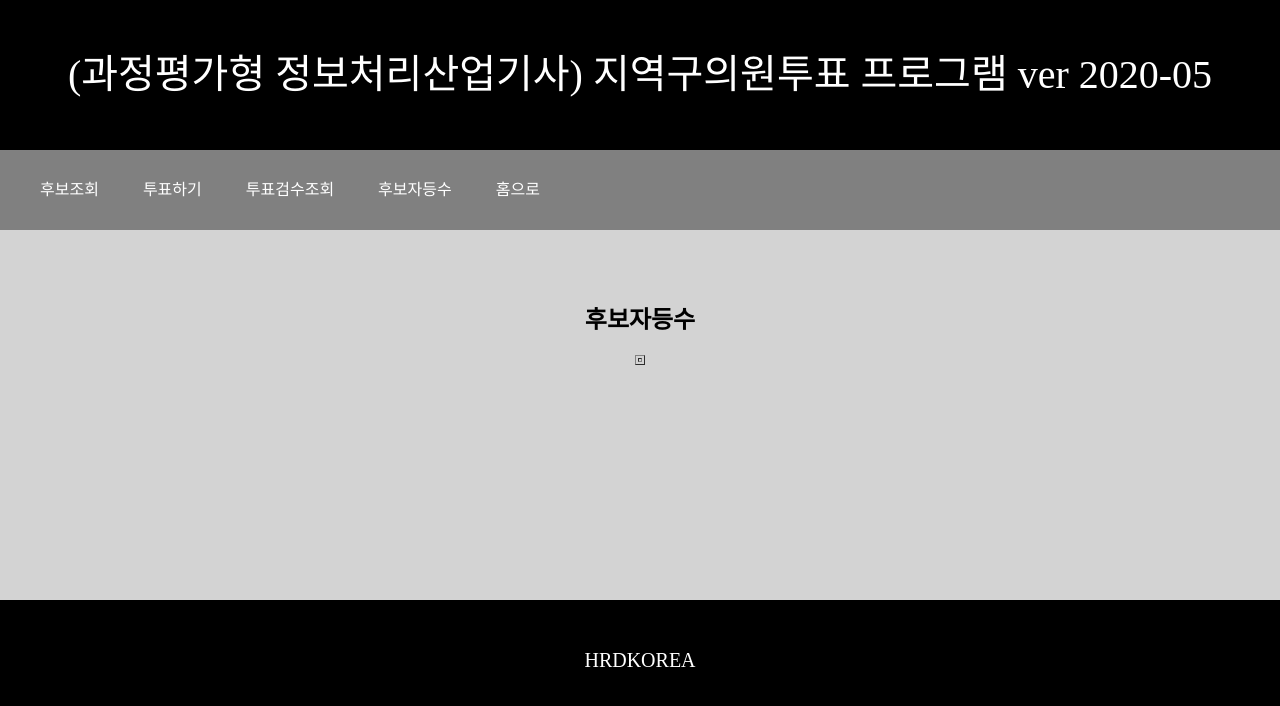
Repository: junhee97/-
Page: http://localhost/HRD_03/rank.jsp
An editor plug-in stored every save of this project. The page is shown before and after the next save, followed by the edit.
The browser window is 1280 px wide. The pictures show the whole page.
The page is served by Tomcat 9.

Above is the page before, as saved 2025-08-14 12:12:59.

After the next save:
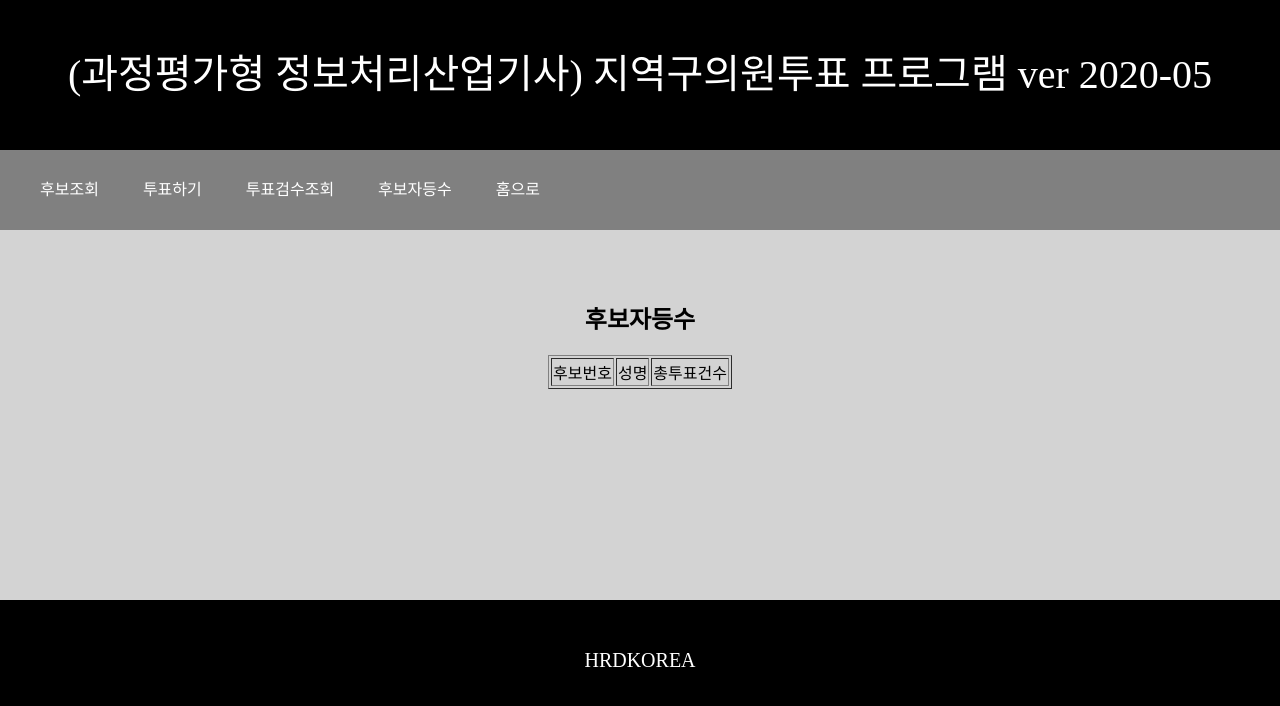
Saved 22 s later.
--- a/HRD_03/WebContent/rank.jsp
+++ b/HRD_03/WebContent/rank.jsp
@@ -16,7 +16,9 @@
 <form style = "display: flex; align-items: center; justify-content: center; text-align: center;">
 	<table border = "1">
 		<tr>
-			<td></td>
+			<td>후보번호</td>
+			<td>성명</td>
+			<td>총투표건수</td>
 		</tr>
 	</table>
 </form>
